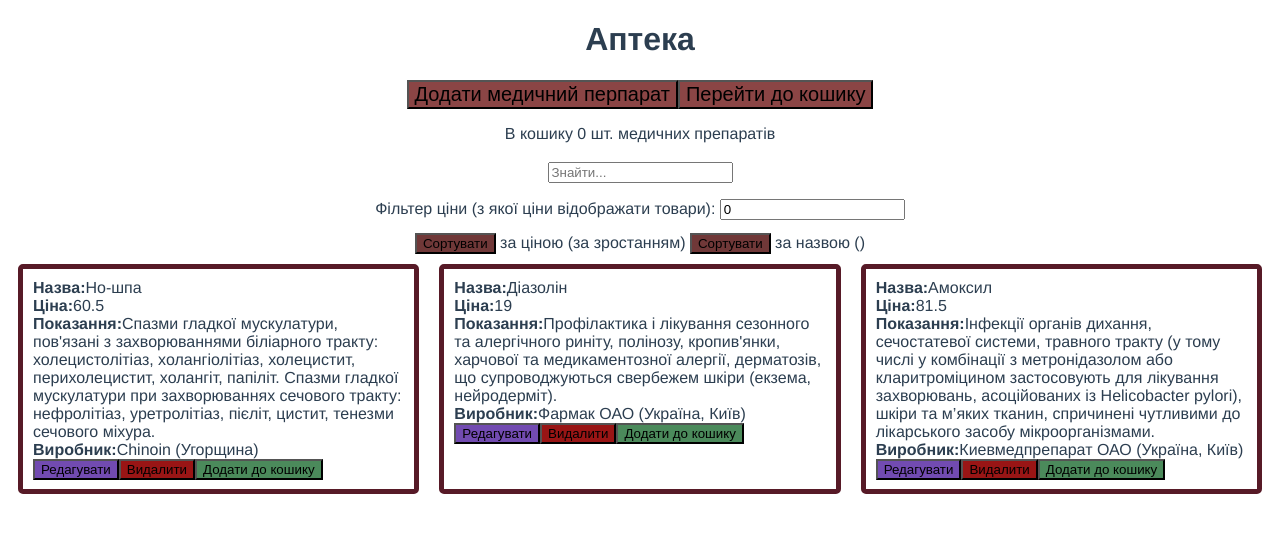
Repository: kristinap8/pharmacy
Page: /
An editor plug-in stored every save of this project. The page is shown before and after the next save, followed by the edit.
The browser window is 1280 px wide. The pictures show the whole page.
The project was rebuilt for these pictures with package versions that can differ from the ones it lists, and the page was loaded fresh each time. Also part of the build but not shown: src/components/AddMedicineForm/index.vue, src/pages/AddMedicine/index.vue, src/components/EditMedicineForm/index.vue, src/pages/EditMedicine/index.vue, src/components/CartForm/index.vue, src/pages/Cart/index.vue.

Above is the page before, as saved 2020-12-10 14:38:15.

After the next save:
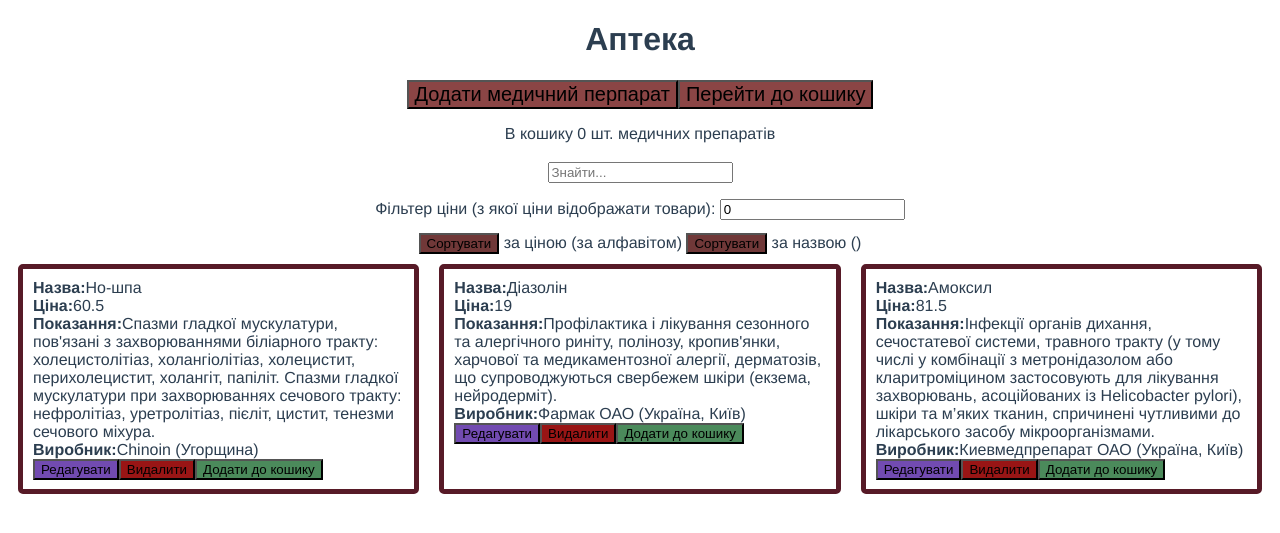
Saved 33 s later.
--- a/src/components/MedicinesList/index.vue
+++ b/src/components/MedicinesList/index.vue
@@ -40,8 +40,9 @@ import MedicineCard from "./MedicineCard"
                 price:0,
                 sortByPriceDir:true,
                 sortP:'за зростанням',
-
-            }
+                sortByNameDir:true,
+                sortP:'за алфавітом',
+              }
         },
         components: {
         MedicineCard,
